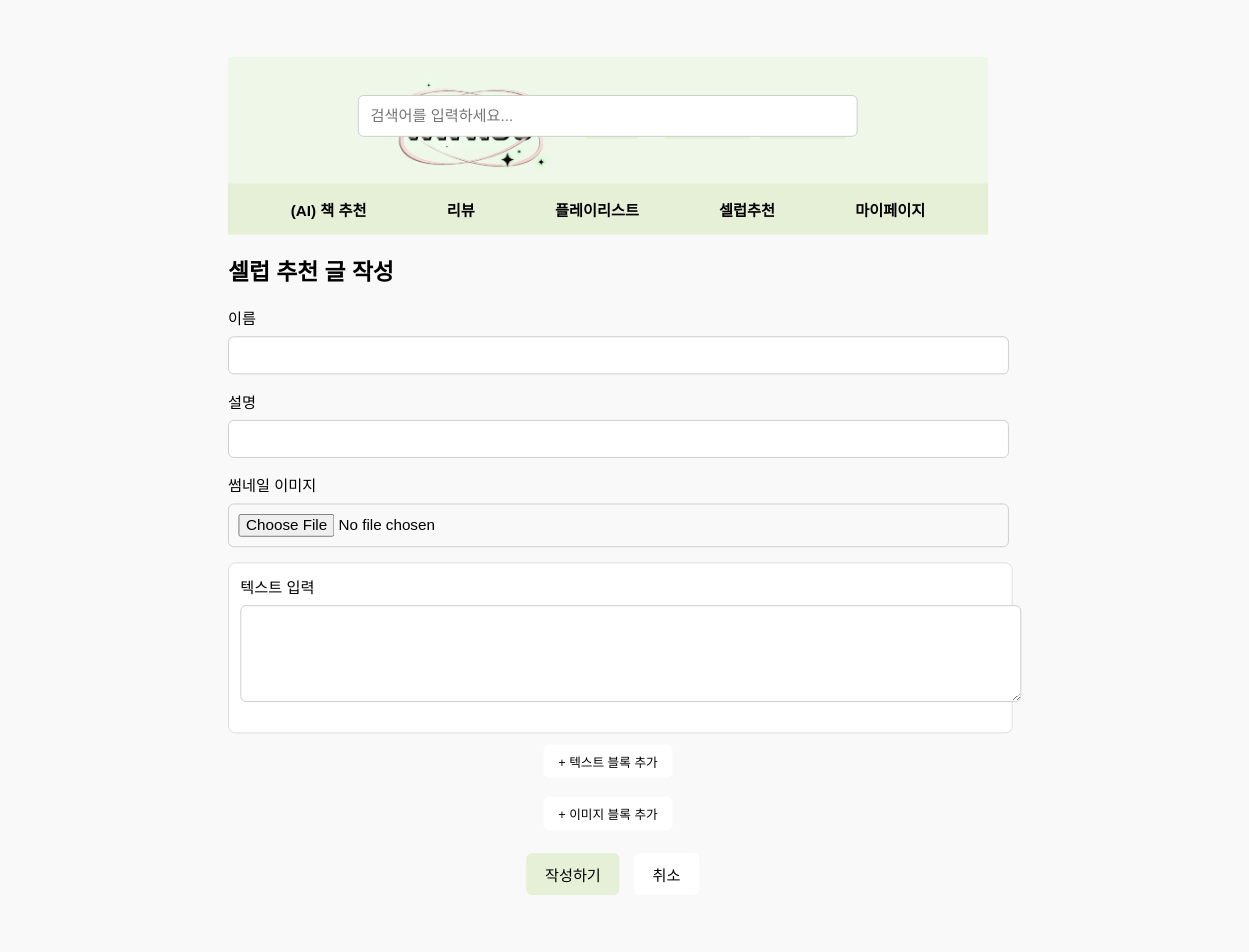
Repository: book-recommendation-team/book_recommendation_web_project
Page: http://localhost/2025_teamproject/celebForm.jsp
An editor plug-in stored every save of this project. The page is shown before and after the next save, followed by the edit.
The browser window is 1280 px wide. The page is 1280 px wide, then 1315 px, then 1280 px, so the pictures cover 1315 px, including what lies to the right of the window. The pictures show the whole page, at 95% of full size.
The page is served by Tomcat 9. Other server files are loaded and not shown.

Above is the page before, as saved 2025-07-02 05:17:19.

### 2025_teamproject/src/main/webapp/celebForm.jsp
<%@ page contentType="text/html; charset=UTF-8" language="java"%>
<!DOCTYPE html>
<html>
<link rel="stylesheet"
	href="https://cdnjs.cloudflare.com/ajax/libs/font-awesome/6.5.0/css/all.min.css" />
<link rel="stylesheet" href="./css/celebList.css" />
<%@ include file="css/main_css.jsp"%>
<link rel="icon" href="img/icon2.png" type="image/x-icon">
<head>
<title>게시글 작성</title>
<style>
body {
	font-family: 'Noto Sans KR', sans-serif;
	margin: 40px auto;
	max-width: 800px;
	padding: 20px;
	background-color: #f9f9f9;
}

h2 {
	margin-bottom: 20px;
}

input[type="text"], input[type="file"], textarea {
	width: 100%;
	padding: 10px;
	margin-top: 8px;
	margin-bottom: 16px;
	border: 1px solid #ccc;
	border-radius: 6px;
	font-size: 1rem;
}

.editor-block {
	width: 100%;
	border: 1px solid #ddd;
	padding: 12px;
	border-radius: 8px;
	margin-bottom: 12px;
	background-color: #fff;
}

.editor-block textarea {
	resize: vertical;
	min-height: 80px;
}

.editor-block input[type="file"] {
	background-color: #f4f4f4;
}

.button-box {
	text-align: center;
	margin-top: 24px;
}

.button-box button {
	padding: 10px 20px;
	font-size: 1rem;
	border: none;
	border-radius: 6px;
	margin-left: 10px;
	cursor: pointer;
}

.submit-btn {
	background-color: #e6f0d7;
	color: black;
}

.cancel-btn {
	background-color: #fff;
	color: black;
}

.add-block-btn {
	display: block;
	margin: 0 auto 20px;
	padding: 8px 16px;
	border-radius: 6px;
	background-color: #fff;
	color: black;
	border: none;
	cursor: pointer;
}
</style>
</head>

<body>

<header>
	<div id="logo">
		<a href="main.jsp"> <img src="img/logo.png" alt="로고">
		</a>
	</div>

	<div class="search-group">
		<input type="text" id="search-box" placeholder="검색어를 입력하세요..." />
		<button id="search-btn">검색</button>
	</div>
	<div id="user-buttons">
		<button id="join-btn" onclick="location.href='join.jsp'">회원가입</button>
		<button id="login-btn" onclick="location.href='Login.jsp'">로그인</button>
	</div>
</header>

<nav>
	<a href="#">(AI) 책 추천</a> <a
		href="${pageContext.request.contextPath}/reviewList">리뷰</a> <a
		href="#">플레이리스트</a> <a
		href="${pageContext.request.contextPath}/celebList">셀럽추천</a> <a
		href="#">마이페이지</a>
</nav>

	<h2>셀럽 추천 글 작성</h2>

	<form action="submitCelebPost" method="post"
		enctype="multipart/form-data">
		<label>이름</label> <input type="text" name="title" required> <label>설명</label><input
			type="text" name="desc" required> <label>썸네일 이미지</label> <input
			type="file" name="thumbnail" accept="image/*">

		<div id="editor-area">
			<div class="editor-block">
				<label>텍스트 입력</label>
				<textarea name="contentBlock1_text"></textarea>
			</div>
		</div>

		<div style="text-align: center; margin-bottom: 20px;">
			<button type="button" class="add-block-btn"
				onclick="addEditorBlock('text')">+ 텍스트 블록 추가</button>
			<button type="button" class="add-block-btn"
				onclick="addEditorBlock('image')">+ 이미지 블록 추가</button>
		</div>


		<div class="button-box">
			<button type="submit" class="submit-btn">작성하기</button>
			<button type="button" class="cancel-btn" onclick="history.back()">취소</button>
		</div>
	</form>

	<script>
	let blockCount = 1;

	function addEditorBlock(type) {
	    blockCount++;
	    const editorArea = document.getElementById("editor-area");

	    const blockDiv = document.createElement("div");
	    blockDiv.className = "editor-block";

	    if (type === "text") {
	        blockDiv.innerHTML = `
	            <label>텍스트 입력</label>
	            <textarea name="contentBlock${blockCount}_text"></textarea>
	        `;
	    } else if (type === "image") {
	        blockDiv.innerHTML = `
	            <label>이미지 업로드</label>
	            <input type="file" name="contentBlock${blockCount}_image" accept="image/*">
	        `;
	    } else {
	        alert("알 수 없는 블록 타입입니다.");
	        return;
	    }

	    editorArea.appendChild(blockDiv);
	}
</script>


</body>
</html>

### 2025_teamproject/src/main/webapp/css/main_css.jsp
<%@ page language="java" contentType="text/html; charset=UTF-8"
    pageEncoding="UTF-8"%>
<!DOCTYPE html>
<style>
  /* 기본 스타일 (기존 유지) */
body {
    font-family: 'Arial', sans-serif;
    margin: 0;
    padding: 0;
    background-color: #fff;
}

header {
    display: flex;
    justify-content: space-between;
    align-items: center;
    background-color: #eff7e8;
    padding: 0px;
}

#logo img {
    width: 200px;
    height: auto;
    margin-left: 150px;
}

#logo a img {
    cursor: pointer;
}

#search-box {
    padding: 12px;
    width: 500px;
    border: 1px solid #ccc;
    position: absolute;
    left: 50%;
    transform: translateX(-50%);
}

.search-group {
    position: absolute;
    left: 50%;
    transform: translateX(-50%);
    display: flex;
    align-items: center;
}

#search-btn {
    background-color: #e6f0d7;
    border: none;
    padding: 10px 16px;
    margin-left: 8px;
    font-weight: bold;
    cursor: pointer;
    border-radius: 4px;
}

#search-btn:hover {
    background-color: #cce0b8;
}

#logout-btn,
#user-buttons button {
    background-color: #e6f0d7;
    border: none;
    padding: 10px 16px;
    cursor: pointer;
    width: 90px;
    font-weight: bold;
}

nav {
    background-color: #e6f0d7;
    text-align: center;
    padding: 15px 0;
}

nav a {
    text-decoration: none;
    margin: 0 40px;
    color: #000;
    font-weight: bold;
}

nav a:hover {
    text-decoration: underline;
}

#user-buttons {
    display: flex;
    gap: 10px;
    margin-right: 150px;
}

.banner {
    position: relative;
    width: 100%;
    height: 650px;
    overflow: hidden;
    background-color: #ffe04d;
}

.banner img {
    position: absolute;
    top: 0;
    left: 0;
    width: 100%;
    height: 100%;
    object-fit: cover;
    object-position: center center;
    opacity: 0.8;
    z-index: 1;
}

.banner-controls {
    position: absolute;
    bottom: 10px;
    right: 10px;
    z-index: 3;
    display: flex;
    gap: 6px;
}

.banner-controls button {
    background-color: rgba(255, 193, 7, 0.9);
    border: none;
    padding: 6px 8px;
    font-size: 14px;
    border-radius: 5px;
    cursor: pointer;
    color: #000;
    transition: background-color 0.3s ease;
}

.banner-controls button:hover {
    background-color: rgba(255, 160, 0, 0.95);
}

.section-title {
    background-color: #e6f0d7;
    display: flex;
    justify-content: center;
    flex-wrap: wrap;
    gap: 34px;
    padding: 18px 0;
     width: 100%;        /* ✅ 추가 */
    margin: 8px 0;      /* ✅ 가운데 정렬 제거 */
}

.section-title a {
    text-decoration: none;
    margin: 0 20px;
    color: #000;
    font-weight: bold;
}

.section-title a:hover {
    text-decoration: underline;
}

.main_list {
    padding: 20px;
    text-align: center;
}

.tag-list {
    display: flex;
    justify-content: center;
    flex-wrap: wrap;
    gap: 12px;
    margin: 20px 0;
}

.tag-button {
    background-color: #e6f0d7; /* 기본 연그린 */
    border: 1px solid transparent;
    padding: 8px 16px;
    border-radius: 20px;
    font-size: 14px;
    color: #446b3c; /* 그린 계열 텍스트 */
    cursor: pointer;
    font-weight: 600;
    transition: background-color 0.3s, color 0.3s, border 0.3s;
    outline: none;
}

.tag-button:hover {
    background-color: #d0e6c5;             /* hover 시 약간 더 진한 그린 */
    color: #2e4f25;
}

.tag-button.active {
    background-color: #c0dab0;             /* 클릭됐을 때 조금 더 강조 */
    border: 1px solid #8cb78a;             /* 테두리도 자연스러운 초록 */
    color: #2e4f25;                        /* 글자도 어울리는 진한 그린 */
}

.tag-button:focus {
    outline: none;
    box-shadow: none;
}

/* 책 슬라이더 스타일 */
.book-carousel {
    position: relative;
    max-width: 1000px;
    margin: 0 auto 40px auto;
    overflow: hidden;
}

.carousel-window {
    width: 1000px;
    overflow: hidden;
    margin: 0 auto;
}

.carousel-track {
    display: flex;
    transition: transform 0.5s ease;
}

/* 이전/다음 버튼 - 위치 고정, 색상 조정 */
.carousel-btn {
    position: absolute;
    top: 50%;
    transform: translateY(-50%);
    font-size: 26px;
    background-color: #f3f8ef;
    border: none;
    color: #444;
    cursor: pointer;
    padding: 8px 12px;
    border-radius: 50%;
    z-index: 2;
    display: flex;
    align-items: center;
    justify-content: center;
    transition: background-color 0.3s, color 0.3s;
    user-select: none;
}

.carousel-btn:hover {
    background-color: #c8dfb5;
    color: #000;
}

.carousel-btn.prev {
    left: 10px;
}

.carousel-btn.next {
    right: 10px;
}

.book-item {
    flex: 0 0 25%;
    text-align: center;
    padding: 10px;
    box-sizing: border-box;
}

.book-item img {
    width: 180px;
    height: 260px;
    object-fit: cover;
    border-radius: 6px;
}

.book-info {
    margin-top: 8px;
}

.book-title {
    font-size: 14px;
    font-weight: bold;
    margin-top: 10px;
    color: #444;
}

.book-author {
    font-size: 12px;
    color: #666;
}

footer {
    background-color: #eff7e8;
    color: #333;
    padding: 20px 0;
    text-align: center;
    font-size: 14px;
    border-top: 1px solid #ccc;
    margin-top: 60px;
}

.footer-container {
    max-width: 1000px;
    margin: 0 auto;
}

.footer-links a {
    color: #333;
    text-decoration: none;
    margin: 0 8px;
}

.footer-links a:hover {
    text-decoration: underline;
}

 /* 이전/다음 버튼 스타일 */
#carousel-prev-btn, #carousel-next-btn {
    font-size: 18px;
    padding: 5px 12px;
    margin: 10px 5px 20px 5px;
    cursor: pointer;
    border: 1px solid #446b3c;
    background: white;
    color: #446b3c;
    border-radius: 4px;
}
#carousel-prev-btn:hover, #carousel-next-btn:hover {
    background-color: #446b3c;
    color: white;
}
</style>

### 2025_teamproject/src/main/webapp/css/celebList.css
@charset "UTF-8";

body {
	font-family: 'Arial', sans-serif;
	margin: 0;
	padding : 0;
	background-color: #fff;
	padding: 0;
}

.container {
	max-width: 1200px;
	margin: 30px auto;
}

.grid {
	display: grid;
	grid-template-columns: repeat(auto-fill, minmax(220px, 1fr));
	gap: 30px;
}

.card {
	margin-top: 20px;
	position: relative;
	background-color: #fff;
	border-radius: 5px;
	overflow: hidden;
	box-shadow: 0 4px 10px rgba(0, 0, 0, 0.08);
	transition: transform 0.2s ease;
	text-decoration: none;
	color: #000;
}

.card:hover {
	transform: translateY(-2px);
}

.card img {
	width: 100%;
	height: 260px;
	object-fit: cover;
}

.card-content {
	padding: 12px 14px;
}

.card-title {
	font-size: 1rem;
	font-weight: bold;
	margin-bottom: 5px;
}

.card-desc {
	font-size: 0.875rem;
	color: #555;
	line-height: 1.4;
	height: 2.6em;
	overflow: hidden;
	text-overflow: ellipsis;
}

/* 북마크 아이콘 */
.bookmark-icon {
	position: absolute;
	top: 12px;
	right: 12px;
	font-size: 1.2rem;
	color: rgba(255, 255, 255, 0.5);
	padding: 6px;
	border-radius: 50%;
	transition: color 0.2s ease;
}

.bookmark-icon:hover {
	color: #fff;
}

#topBtn {
	position: fixed;
	bottom: 40px;
	right: 40px;
	z-index: 9999;
	background-color: white;
	color: gray;
	border: none;
	border-radius: 50%;
	padding: 16px 18px;
	cursor: pointer;
	box-shadow: 0 8px 8px rgba(0,0,0,0.4);
	font-size: 1.5rem;
}

After the next save:
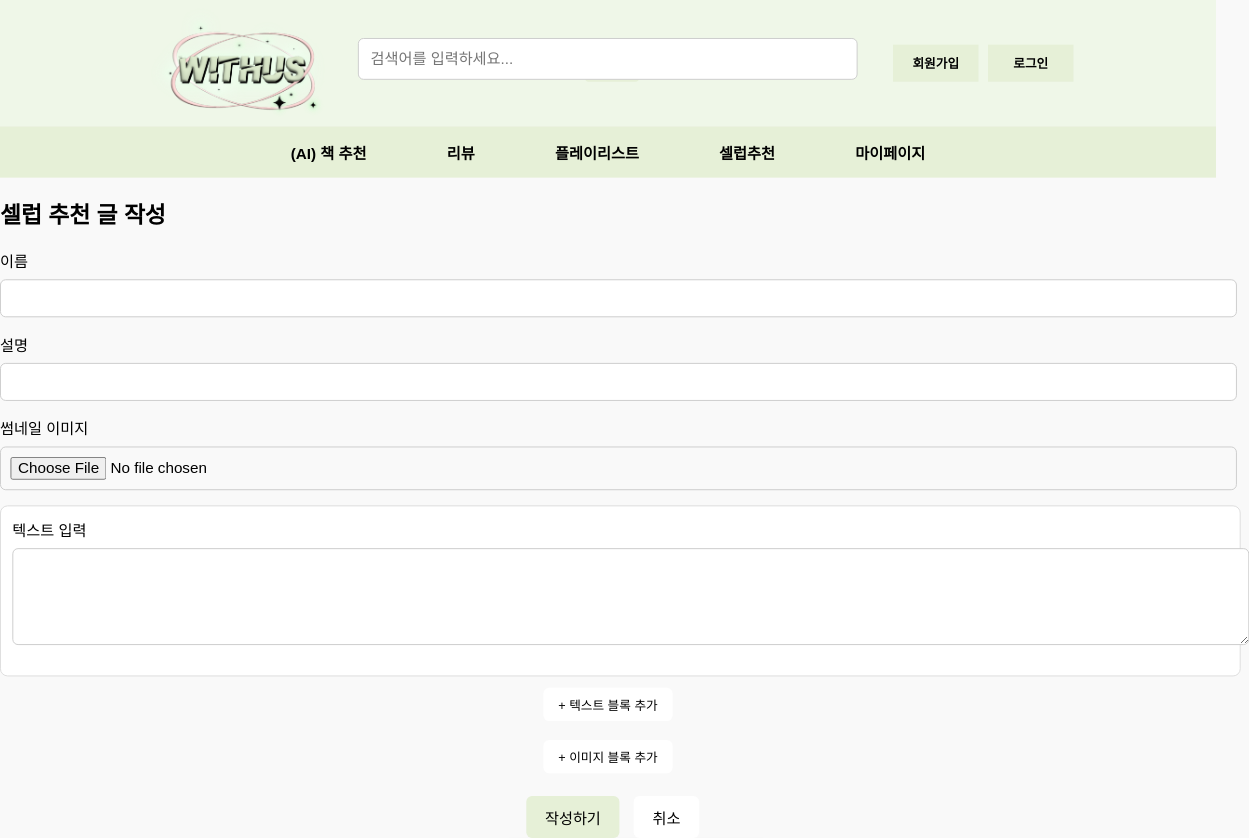
Saved 16 s later.
--- a/2025_teamproject/src/main/webapp/celebForm.jsp
+++ b/2025_teamproject/src/main/webapp/celebForm.jsp
@@ -11,9 +11,9 @@
 <style>
 body {
 	font-family: 'Noto Sans KR', sans-serif;
-	margin: 40px auto;
+/* 	margin: 40px auto;
 	max-width: 800px;
-	padding: 20px;
+	padding: 20px; */
 	background-color: #f9f9f9;
 }
 

After the save that followed:
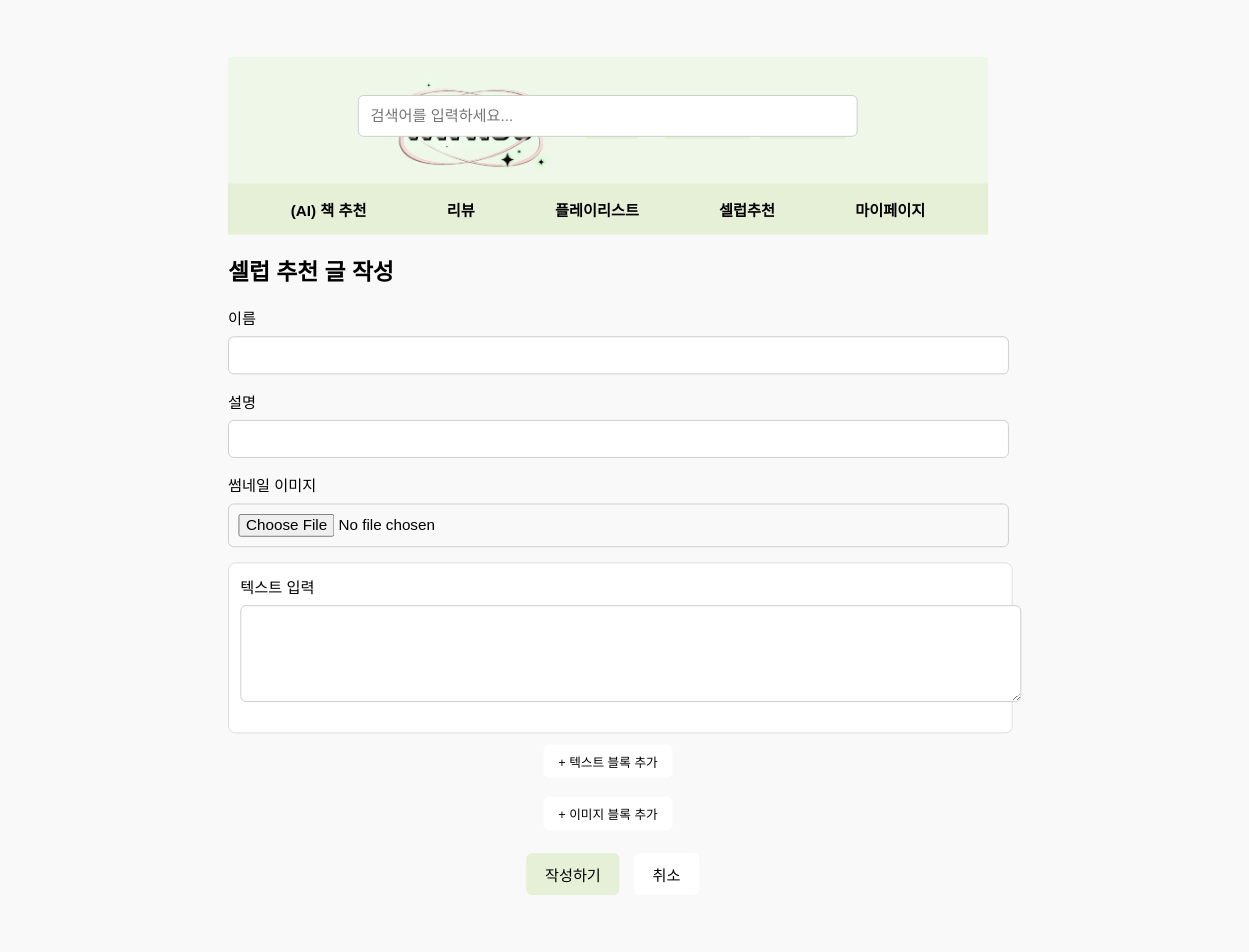
Saved 8 s later.
--- a/2025_teamproject/src/main/webapp/celebForm.jsp
+++ b/2025_teamproject/src/main/webapp/celebForm.jsp
@@ -11,9 +11,9 @@
 <style>
 body {
 	font-family: 'Noto Sans KR', sans-serif;
-/* 	margin: 40px auto;
+	margin: 40px auto;
 	max-width: 800px;
-	padding: 20px; */
+	padding: 20px;
 	background-color: #f9f9f9;
 }
 
